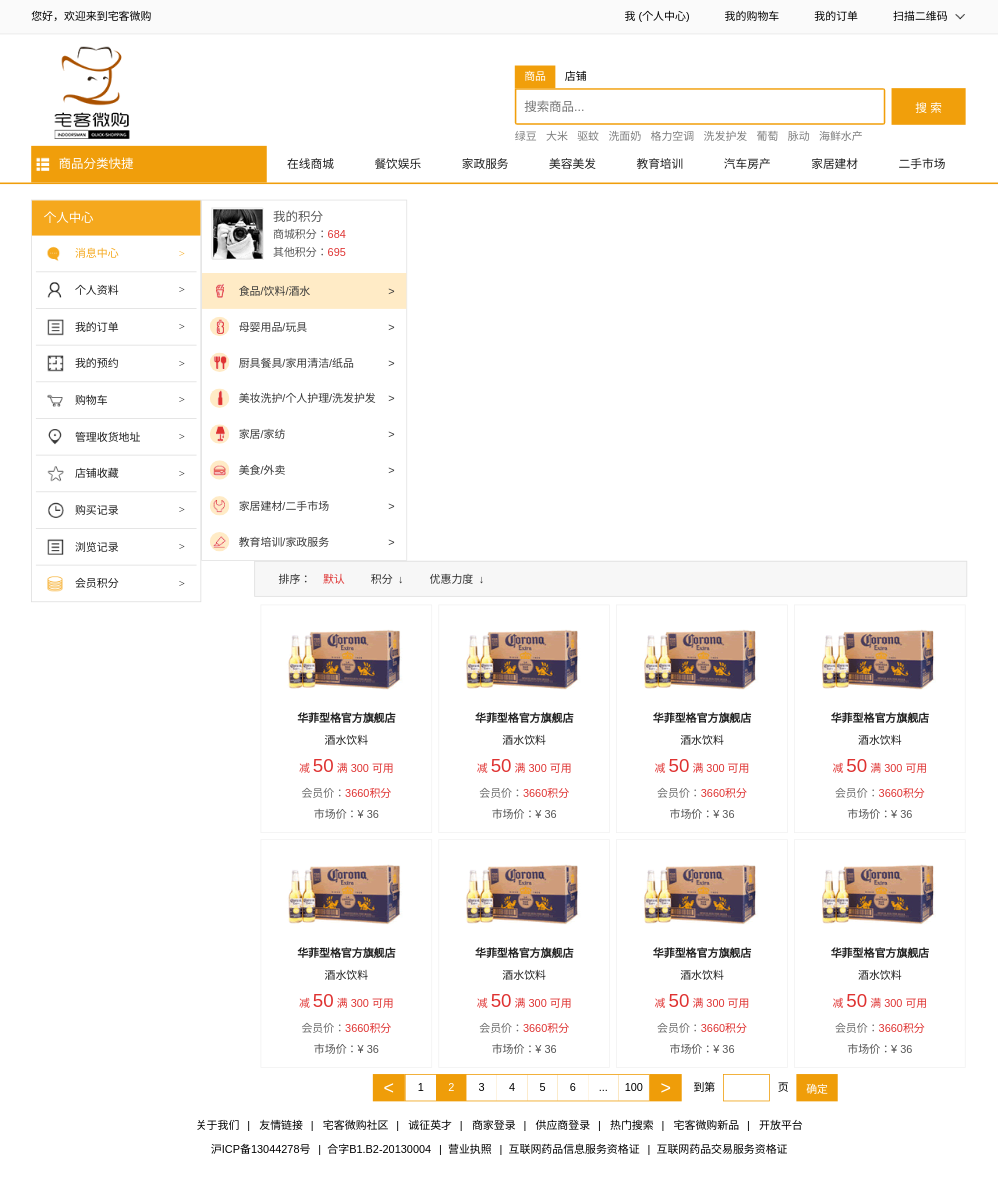
Repository: hucongting/MobliePhoneMall
Page: http://localhost/HelloMall/home/score_store.jsp
An editor plug-in stored every save of this project. The page is shown before and after the next save, followed by the edit.
The browser window is 1280 px wide. The pictures show the whole page, at 78% of full size.
The page is served by Tomcat 9. Nobody is signed in. The application's start-up code is not run. Other server files are loaded and not shown.

Above is the page before, as saved 2018-09-01 07:36:06.

### HelloMall/src/main/webapp/home/score_store.jsp
<%@ page language="java" contentType="text/html; charset=UTF-8"
    pageEncoding="UTF-8"%>
<!DOCTYPE html>
<html>
<head>
<meta http-equiv="Content-Type" content="text/html; charset=utf-8" />
<title>积分商城</title>
<link rel="stylesheet" type="text/css" href="css/style.css" />
<link rel="stylesheet" type="text/css" href="css/shopping-mall-index.css" />
<script type="text/javascript" src="js/jquery.js"></script>
<script type="text/javascript" src="js/zhonglin.js"></script>
</head>
<body>
	<!--top 开始-->
    <jsp:include page="top.jsp"></jsp:include>

    <!--内容开始-->
    <div class="integral w1200">
    	<div class="integral-left f-l">
        	<dl>
            	<dt>
                	<a href="#"><img src="images/data-tu2.gif" /></a>
                </dt>
                <dd>
                	<h3>我的积分</h3>
                    <p>商城积分：<span>684</span></p>
                    <p>其他积分：<span>695</span></p>
                </dd>
                <div style="clear:both;"></div>
            </dl>
            <ul>
            	<li class="int-current"><p class="p1"></p><a href="#">食品/饮料/酒水</a><span>></span></li>
            	<li><p class="p2"></p><a href="#">母婴用品/玩具</a><span>></span></li>
            	<li><p class="p3"></p><a href="#">厨具餐具/家用清洁/纸品</a><span>></span></li>
            	<li><p class="p4"></p><a href="#">美妆洗护/个人护理/洗发护发</a><span>></span></li>
            	<li><p class="p5"></p><a href="#">家居/家纺</a><span>></span></li>
            	<li><p class="p6"></p><a href="#">美食/外卖</a><span>></span></li>
            	<li><p class="p7"></p><a href="#">家居建材/二手市场</a><span>></span></li>
            	<li><p class="p8"></p><a href="#">教育培训/家政服务</a><span>></span></li>
            </ul>
        </div>
    	<div class="integral-right f-r">
        	<div class="int-r-top">
            	<p class="p1">排序：<span>默认</span></p>
            	<p class="p2">积分<span>↓</span></p>
            	<p class="p2">优惠力度<span>↓</span></p>
            </div>
            <div class="int-r-con">
            	<ul class="int-con-ul1" style="display:block;">
                	<li>
                    	<a href="#"><img src="images/int-r-con-li-tu.gif" /></a>
                        <h3><a href="#">华菲型格官方旗舰店</a></h3>
                        <p class="p1">酒水饮料</p>
                        <p class="p2">减 <span>50</span> 满 300 可用</p>
                        <p class="p3">会员价：<span>3660积分</span></p>
                        <p class="p4">市场价：¥ 36</p>
                    </li>
                    <li>
                    	<a href="#"><img src="images/int-r-con-li-tu.gif" /></a>
                        <h3><a href="#">华菲型格官方旗舰店</a></h3>
                        <p class="p1">酒水饮料</p>
                        <p class="p2">减 <span>50</span> 满 300 可用</p>
                        <p class="p3">会员价：<span>3660积分</span></p>
                        <p class="p4">市场价：¥ 36</p>
                    </li>
                    <li>
                    	<a href="#"><img src="images/int-r-con-li-tu.gif" /></a>
                        <h3><a href="#">华菲型格官方旗舰店</a></h3>
                        <p class="p1">酒水饮料</p>
                        <p class="p2">减 <span>50</span> 满 300 可用</p>
                        <p class="p3">会员价：<span>3660积分</span></p>
                        <p class="p4">市场价：¥ 36</p>
                    </li>
                    <li>
                    	<a href="#"><img src="images/int-r-con-li-tu.gif" /></a>
                        <h3><a href="#">华菲型格官方旗舰店</a></h3>
                        <p class="p1">酒水饮料</p>
                        <p class="p2">减 <span>50</span> 满 300 可用</p>
                        <p class="p3">会员价：<span>3660积分</span></p>
                        <p class="p4">市场价：¥ 36</p>
                    </li>
                    <li>
                    	<a href="#"><img src="images/int-r-con-li-tu.gif" /></a>
                        <h3><a href="#">华菲型格官方旗舰店</a></h3>
                        <p class="p1">酒水饮料</p>
                        <p class="p2">减 <span>50</span> 满 300 可用</p>
                        <p class="p3">会员价：<span>3660积分</span></p>
                        <p class="p4">市场价：¥ 36</p>
                    </li>
                    <li>
                    	<a href="#"><img src="images/int-r-con-li-tu.gif" /></a>
                        <h3><a href="#">华菲型格官方旗舰店</a></h3>
                        <p class="p1">酒水饮料</p>
                        <p class="p2">减 <span>50</span> 满 300 可用</p>
                        <p class="p3">会员价：<span>3660积分</span></p>
                        <p class="p4">市场价：¥ 36</p>
                    </li>
                    <li>
                    	<a href="#"><img src="images/int-r-con-li-tu.gif" /></a>
                        <h3><a href="#">华菲型格官方旗舰店</a></h3>
                        <p class="p1">酒水饮料</p>
                        <p class="p2">减 <span>50</span> 满 300 可用</p>
                        <p class="p3">会员价：<span>3660积分</span></p>
                        <p class="p4">市场价：¥ 36</p>
                    </li>
                    <li>
                    	<a href="#"><img src="images/int-r-con-li-tu.gif" /></a>
                        <h3><a href="#">华菲型格官方旗舰店</a></h3>
                        <p class="p1">酒水饮料</p>
                        <p class="p2">减 <span>50</span> 满 300 可用</p>
                        <p class="p3">会员价：<span>3660积分</span></p>
                        <p class="p4">市场价：¥ 36</p>
                    </li>
                    <div style="clear:both;"></div>
                </ul>
                <ul class="int-con-ul1">
                	<li>
                    	<a href="#"><img src="images/int-r-con-li-tu.gif" /></a>
                        <h3><a href="#">华菲型格官方旗舰店</a></h3>
                        <p class="p1">酒水饮料</p>
                        <p class="p2">减 <span>50</span> 满 300 可用</p>
                        <p class="p3">会员价：<span>3660积分</span></p>
                        <p class="p4">市场价：¥ 36</p>
                    </li>
                    <li>
                    	<a href="#"><img src="images/int-r-con-li-tu.gif" /></a>
                        <h3><a href="#">华菲型格官方旗舰店</a></h3>
                        <p class="p1">酒水饮料</p>
                        <p class="p2">减 <span>50</span> 满 300 可用</p>
                        <p class="p3">会员价：<span>3660积分</span></p>
                        <p class="p4">市场价：¥ 36</p>
                    </li>
                    <li>
                    	<a href="#"><img src="images/int-r-con-li-tu.gif" /></a>
                        <h3><a href="#">华菲型格官方旗舰店</a></h3>
                        <p class="p1">酒水饮料</p>
                        <p class="p2">减 <span>50</span> 满 300 可用</p>
                        <p class="p3">会员价：<span>3660积分</span></p>
                        <p class="p4">市场价：¥ 36</p>
                    </li>
                    <li>
                    	<a href="#"><img src="images/int-r-con-li-tu.gif" /></a>
                        <h3><a href="#">华菲型格官方旗舰店</a></h3>
                        <p class="p1">酒水饮料</p>
                        <p class="p2">减 <span>50</span> 满 300 可用</p>
                        <p class="p3">会员价：<span>3660积分</span></p>
                        <p class="p4">市场价：¥ 36</p>
                    </li>
                    <li>
                    	<a href="#"><img src="images/int-r-con-li-tu.gif" /></a>
                        <h3><a href="#">华菲型格官方旗舰店</a></h3>
                        <p class="p1">酒水饮料</p>
                        <p class="p2">减 <span>50</span> 满 300 可用</p>
                        <p class="p3">会员价：<span>3660积分</span></p>
                        <p class="p4">市场价：¥ 36</p>
                    </li>
                    <li>
                    	<a href="#"><img src="images/int-r-con-li-tu.gif" /></a>
                        <h3><a href="#">华菲型格官方旗舰店</a></h3>
                        <p class="p1">酒水饮料</p>
                        <p class="p2">减 <span>50</span> 满 300 可用</p>
                        <p class="p3">会员价：<span>3660积分</span></p>
                        <p class="p4">市场价：¥ 36</p>
                    </li>
                    <li>
                    	<a href="#"><img src="images/int-r-con-li-tu.gif" /></a>
                        <h3><a href="#">华菲型格官方旗舰店</a></h3>
                        <p class="p1">酒水饮料</p>
                        <p class="p2">减 <span>50</span> 满 300 可用</p>
                        <p class="p3">会员价：<span>3660积分</span></p>
                        <p class="p4">市场价：¥ 36</p>
                    </li>
                    <div style="clear:both;"></div>
                </ul>
                <ul class="int-con-ul1">
                	<li>
                    	<a href="#"><img src="images/int-r-con-li-tu.gif" /></a>
                        <h3><a href="#">华菲型格官方旗舰店</a></h3>
                        <p class="p1">酒水饮料</p>
                        <p class="p2">减 <span>50</span> 满 300 可用</p>
                        <p class="p3">会员价：<span>3660积分</span></p>
                        <p class="p4">市场价：¥ 36</p>
                    </li>
                    <li>
                    	<a href="#"><img src="images/int-r-con-li-tu.gif" /></a>
                        <h3><a href="#">华菲型格官方旗舰店</a></h3>
                        <p class="p1">酒水饮料</p>
                        <p class="p2">减 <span>50</span> 满 300 可用</p>
                        <p class="p3">会员价：<span>3660积分</span></p>
                        <p class="p4">市场价：¥ 36</p>
                    </li>
                    <li>
                    	<a href="#"><img src="images/int-r-con-li-tu.gif" /></a>
                        <h3><a href="#">华菲型格官方旗舰店</a></h3>
                        <p class="p1">酒水饮料</p>
                        <p class="p2">减 <span>50</span> 满 300 可用</p>
                        <p class="p3">会员价：<span>3660积分</span></p>
                        <p class="p4">市场价：¥ 36</p>
                    </li>
                    <li>
                    	<a href="#"><img src="images/int-r-con-li-tu.gif" /></a>
                        <h3><a href="#">华菲型格官方旗舰店</a></h3>
                        <p class="p1">酒水饮料</p>
                        <p class="p2">减 <span>50</span> 满 300 可用</p>
                        <p class="p3">会员价：<span>3660积分</span></p>
                        <p class="p4">市场价：¥ 36</p>
                    </li>
                    <li>
                    	<a href="#"><img src="images/int-r-con-li-tu.gif" /></a>
                        <h3><a href="#">华菲型格官方旗舰店</a></h3>
                        <p class="p1">酒水饮料</p>
                        <p class="p2">减 <span>50</span> 满 300 可用</p>
                        <p class="p3">会员价：<span>3660积分</span></p>
                        <p class="p4">市场价：¥ 36</p>
                    </li>
                    <li>
                    	<a href="#"><img src="images/int-r-con-li-tu.gif" /></a>
                        <h3><a href="#">华菲型格官方旗舰店</a></h3>
                        <p class="p1">酒水饮料</p>
                        <p class="p2">减 <span>50</span> 满 300 可用</p>
                        <p class="p3">会员价：<span>3660积分</span></p>
                        <p class="p4">市场价：¥ 36</p>
                    </li>
                    <div style="clear:both;"></div>
                </ul>
                <ul class="int-con-ul1">
                	<li>
                    	<a href="#"><img src="images/int-r-con-li-tu.gif" /></a>
                        <h3><a href="#">华菲型格官方旗舰店</a></h3>
                        <p class="p1">酒水饮料</p>
                        <p class="p2">减 <span>50</span> 满 300 可用</p>
                        <p class="p3">会员价：<span>3660积分</span></p>
                        <p class="p4">市场价：¥ 36</p>
                    </li>
                    <li>
                    	<a href="#"><img src="images/int-r-con-li-tu.gif" /></a>
                        <h3><a href="#">华菲型格官方旗舰店</a></h3>
                        <p class="p1">酒水饮料</p>
                        <p class="p2">减 <span>50</span> 满 300 可用</p>
                        <p class="p3">会员价：<span>3660积分</span></p>
                        <p class="p4">市场价：¥ 36</p>
                    </li>
                    <li>
                    	<a href="#"><img src="images/int-r-con-li-tu.gif" /></a>
                        <h3><a href="#">华菲型格官方旗舰店</a></h3>
                        <p class="p1">酒水饮料</p>
                        <p class="p2">减 <span>50</span> 满 300 可用</p>
                        <p class="p3">会员价：<span>3660积分</span></p>
                        <p class="p4">市场价：¥ 36</p>
                    </li>
                    <li>
                    	<a href="#"><img src="images/int-r-con-li-tu.gif" /></a>
                        <h3><a href="#">华菲型格官方旗舰店</a></h3>
                        <p class="p1">酒水饮料</p>
                        <p class="p2">减 <span>50</span> 满 300 可用</p>
                        <p class="p3">会员价：<span>3660积分</span></p>
                        <p class="p4">市场价：¥ 36</p>
                    </li>
                    <li>
                    	<a href="#"><img src="images/int-r-con-li-tu.gif" /></a>
                        <h3><a href="#">华菲型格官方旗舰店</a></h3>
                        <p class="p1">酒水饮料</p>
                        <p class="p2">减 <span>50</span> 满 300 可用</p>
                        <p class="p3">会员价：<span>3660积分</span></p>
                        <p class="p4">市场价：¥ 36</p>
                    </li>
                    <div style="clear:both;"></div>
                </ul>
                <ul class="int-con-ul1">
                	<li>
                    	<a href="#"><img src="images/int-r-con-li-tu.gif" /></a>
                        <h3><a href="#">华菲型格官方旗舰店</a></h3>
                        <p class="p1">酒水饮料</p>
                        <p class="p2">减 <span>50</span> 满 300 可用</p>
                        <p class="p3">会员价：<span>3660积分</span></p>
                        <p class="p4">市场价：¥ 36</p>
                    </li>
                    <li>
                    	<a href="#"><img src="images/int-r-con-li-tu.gif" /></a>
                        <h3><a href="#">华菲型格官方旗舰店</a></h3>
                        <p class="p1">酒水饮料</p>
                        <p class="p2">减 <span>50</span> 满 300 可用</p>
                        <p class="p3">会员价：<span>3660积分</span></p>
                        <p class="p4">市场价：¥ 36</p>
                    </li>
                    <li>
                    	<a href="#"><img src="images/int-r-con-li-tu.gif" /></a>
                        <h3><a href="#">华菲型格官方旗舰店</a></h3>
                        <p class="p1">酒水饮料</p>
                        <p class="p2">减 <span>50</span> 满 300 可用</p>
                        <p class="p3">会员价：<span>3660积分</span></p>
                        <p class="p4">市场价：¥ 36</p>
                    </li>
                    <li>
                    	<a href="#"><img src="images/int-r-con-li-tu.gif" /></a>
                        <h3><a href="#">华菲型格官方旗舰店</a></h3>
                        <p class="p1">酒水饮料</p>
                        <p class="p2">减 <span>50</span> 满 300 可用</p>
                        <p class="p3">会员价：<span>3660积分</span></p>
                        <p class="p4">市场价：¥ 36</p>
                    </li>
                    <div style="clear:both;"></div>
                </ul>
                <ul class="int-con-ul1">
                	<li>
                    	<a href="#"><img src="images/int-r-con-li-tu.gif" /></a>
                        <h3><a href="#">华菲型格官方旗舰店</a></h3>
                        <p class="p1">酒水饮料</p>
                        <p class="p2">减 <span>50</span> 满 300 可用</p>
                        <p class="p3">会员价：<span>3660积分</span></p>
                        <p class="p4">市场价：¥ 36</p>
                    </li>
                    <li>
                    	<a href="#"><img src="images/int-r-con-li-tu.gif" /></a>
                        <h3><a href="#">华菲型格官方旗舰店</a></h3>
                        <p class="p1">酒水饮料</p>
                        <p class="p2">减 <span>50</span> 满 300 可用</p>
                        <p class="p3">会员价：<span>3660积分</span></p>
                        <p class="p4">市场价：¥ 36</p>
                    </li>
                    <li>
                    	<a href="#"><img src="images/int-r-con-li-tu.gif" /></a>
                        <h3><a href="#">华菲型格官方旗舰店</a></h3>
                        <p class="p1">酒水饮料</p>
                        <p class="p2">减 <span>50</span> 满 300 可用</p>
                        <p class="p3">会员价：<span>3660积分</span></p>
                        <p class="p4">市场价：¥ 36</p>
                    </li>
                    <div style="clear:both;"></div>
                </ul>
                <ul class="int-con-ul1">
                	<li>
                    	<a href="#"><img src="images/int-r-con-li-tu.gif" /></a>
                        <h3><a href="#">华菲型格官方旗舰店</a></h3>
                        <p class="p1">酒水饮料</p>
                        <p class="p2">减 <span>50</span> 满 300 可用</p>
                        <p class="p3">会员价：<span>3660积分</span></p>
                        <p class="p4">市场价：¥ 36</p>
                    </li>
                    <li>
                    	<a href="#"><img src="images/int-r-con-li-tu.gif" /></a>
                        <h3><a href="#">华菲型格官方旗舰店</a></h3>
                        <p class="p1">酒水饮料</p>
                        <p class="p2">减 <span>50</span> 满 300 可用</p>
                        <p class="p3">会员价：<span>3660积分</span></p>
                        <p class="p4">市场价：¥ 36</p>
                    </li>
                    <div style="clear:both;"></div>
                </ul>
                <ul class="int-con-ul1">
                	<li>
                    	<a href="#"><img src="images/int-r-con-li-tu.gif" /></a>
                        <h3><a href="#">华菲型格官方旗舰店</a></h3>
                        <p class="p1">酒水饮料</p>
                        <p class="p2">减 <span>50</span> 满 300 可用</p>
                        <p class="p3">会员价：<span>3660积分</span></p>
                        <p class="p4">市场价：¥ 36</p>
                    </li>
                    <div style="clear:both;"></div>
                </ul>
                <!--分页-->
                <div class="paging" style="margin-top:0;">
            	<div class="pag-left f-l">
                	<a href="#" class="about left-r f-l"><</a>
                    <ul class="left-m f-l">
                    	<li><a href="#">1</a></li>
                        <li class="current"><a href="#">2</a></li>
                        <li><a href="#">3</a></li>
                        <li><a href="#">4</a></li>
                        <li><a href="#">5</a></li>
                        <li><a href="#">6</a></li>
                        <li><a href="#">...</a></li>
                        <li><a href="#">100</a></li>
                        <div style="clear:both;"></div>
                    </ul>
                	<a href="#" class="about left-l f-l">></a>
                    <div style="clear:both;"></div>
                </div>
            	<div class="pag-right f-l">
                	<div class="jump-page f-l">
                        到第<input type="text" />页
                    </div>
                    <button class="f-l">确定</button>
                    <div style="clear:both;"></div>
                </div>
                <div style="clear:both;"></div>
            </div>
            </div>
        </div>
        <div style="clear:both;"></div>
    </div>

    <!--底部服务-->
    <jsp:include page="index_bottom.jsp"></jsp:include>
</body>
</html>

### HelloMall/src/main/webapp/home/index_bottom.jsp
<%@ page language="java" contentType="text/html; charset=UTF-8"
    pageEncoding="UTF-8"%>
<!DOCTYPE html>
<html>
<head>
<meta charset="UTF-8">
</head>
<body>
	<!--底部 版权-->
    <div class="footer w1200">
    	<p>
        	<a href="#">关于我们</a><span>|</span>
        	<a href="#">友情链接</a><span>|</span>
        	<a href="#">宅客微购社区</a><span>|</span>
        	<a href="#">诚征英才</a><span>|</span>
        	<a href="#">商家登录</a><span>|</span>
        	<a href="#">供应商登录</a><span>|</span>
        	<a href="#">热门搜索</a><span>|</span>
        	<a href="#">宅客微购新品</a><span>|</span>
        	<a href="#">开放平台</a>
        </p>
        <p>
        	沪ICP备13044278号<span>|</span>合字B1.B2-20130004<span>|</span>营业执照<span>|</span>互联网药品信息服务资格证<span>|</span>互联网药品交易服务资格证
        </p>
    </div>
</body>
</html>

Loaded but not shown: HelloMall/src/main/webapp/home/js/jquery.js (library); HelloMall/src/main/webapp/home/js/zhonglin.js (361 lines, source omitted); HelloMall/src/main/webapp/home/css/shopping-mall-index.css (1188 lines, source omitted); HelloMall/src/main/webapp/home/css/style.css (194 lines, source omitted); HelloMall/src/main/webapp/home/top.jsp (252 lines, source omitted)

After the next save:
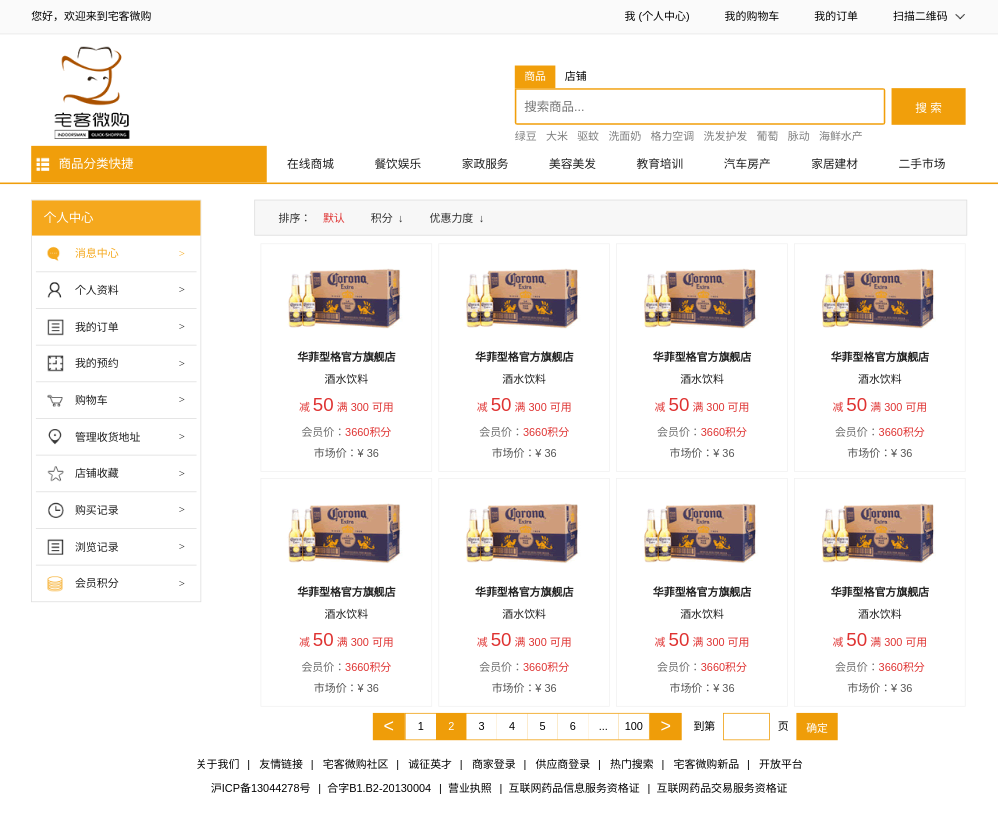
Saved 21 s later.
--- a/HelloMall/src/main/webapp/home/score_store.jsp
+++ b/HelloMall/src/main/webapp/home/score_store.jsp
@@ -16,29 +16,7 @@
 
     <!--内容开始-->
     <div class="integral w1200">
-    	<div class="integral-left f-l">
-        	<dl>
-            	<dt>
-                	<a href="#"><img src="images/data-tu2.gif" /></a>
-                </dt>
-                <dd>
-                	<h3>我的积分</h3>
-                    <p>商城积分：<span>684</span></p>
-                    <p>其他积分：<span>695</span></p>
-                </dd>
-                <div style="clear:both;"></div>
-            </dl>
-            <ul>
-            	<li class="int-current"><p class="p1"></p><a href="#">食品/饮料/酒水</a><span>></span></li>
-            	<li><p class="p2"></p><a href="#">母婴用品/玩具</a><span>></span></li>
-            	<li><p class="p3"></p><a href="#">厨具餐具/家用清洁/纸品</a><span>></span></li>
-            	<li><p class="p4"></p><a href="#">美妆洗护/个人护理/洗发护发</a><span>></span></li>
-            	<li><p class="p5"></p><a href="#">家居/家纺</a><span>></span></li>
-            	<li><p class="p6"></p><a href="#">美食/外卖</a><span>></span></li>
-            	<li><p class="p7"></p><a href="#">家居建材/二手市场</a><span>></span></li>
-            	<li><p class="p8"></p><a href="#">教育培训/家政服务</a><span>></span></li>
-            </ul>
-        </div>
+
     	<div class="integral-right f-r">
         	<div class="int-r-top">
             	<p class="p1">排序：<span>默认</span></p>
